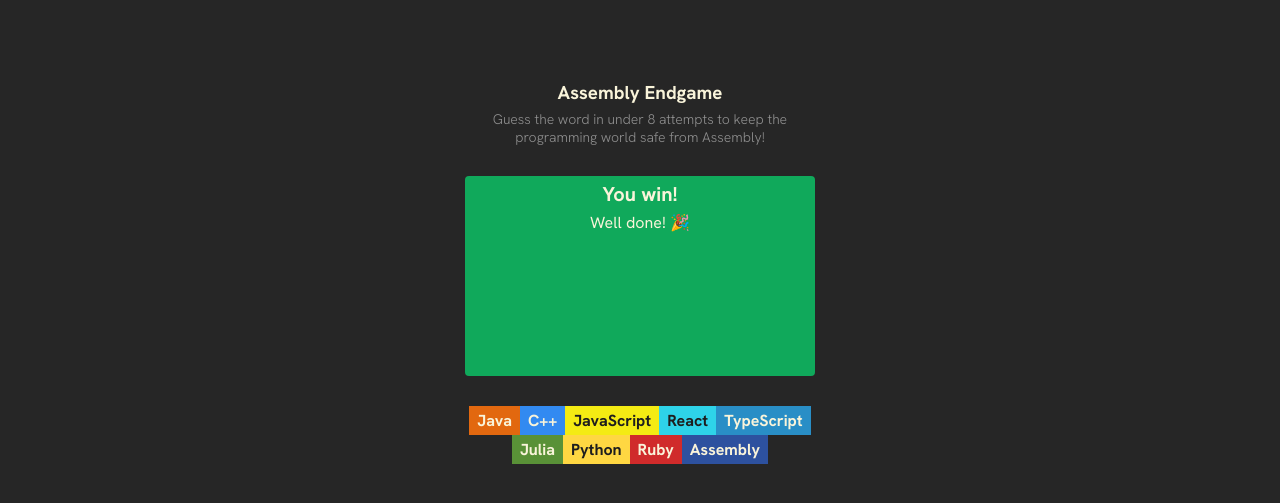
Repository: AchrafAzzaoui/AssemblyEndgame
Page: / (app in assembly-endgame/)
An editor plug-in stored every save of this project. The page is shown before and after the next save, followed by the edit.
The browser window is 1280 px wide. The pictures show the whole page.
The project was rebuilt for these pictures with package versions that can differ from the ones it lists, and the page was loaded fresh each time. Also part of the build but not shown: assembly-endgame/vite.config.js.

Above is the page before, as saved 2024-12-25 13:00:25.

### assembly-endgame/index.html
<!DOCTYPE html>
<html lang="en">
  <head>
    <meta charset="UTF-8" />
    <link rel="icon" type="image/svg+xml" href="/vite.svg" />
    <meta name="viewport" content="width=device-width, initial-scale=1.0" />
    <link
      href="https://fonts.googleapis.com/css2?family=Hanken+Grotesk:wght@300;400;500;600;700&display=swap"
      rel="stylesheet"
    />
    <title>Assembly Endgame</title>
  </head>
  <body>
    <div id="root"></div>
    <script type="module" src="/src/main.jsx"></script>
  </body>
</html>

### assembly-endgame/src/index.css
* {
  margin: 0;
  padding: 0;
  box-sizing: border-box;
}
body {
  font-family: "Hanken Grotesk", sans-serif;
  background-color: #262626;
  color: #d9d9d9;
  padding: 80px 40px;
  height: 100vh;
  display: flex;
  justify-content: center;
}

header {
  text-align: center;
}

.game-title {
  color: #f9f4da;
}
.game-description {
  margin-top: 5px;
  font-weight: 300;
  color: #8e8e8e;
  font-size: 0.875rem;
  max-width: 350px;
}

/* status */
.game-status {
  background-color: #10a95b;
  color: #f9f4da;
  display: flex;
  flex-direction: column;
  align-items: center;
  padding: 0;
  height: 200px;
  margin: 20px 0;
  border-radius: 4px;
  margin-block: 30px;
}
.game-status p {
  margin-bottom: 5px;
}
.game-status h2 {
  font-size: 1.25rem;
  margin: 5px;
}

/* language tags */
.language-tags-container {
  display: flex;
  justify-content: center;
  margin-top: 25px;
  flex-wrap: wrap;
  max-width: 350px;
}

.language-tag {
  padding: 0.25rem 0.5rem;
}

### assembly-endgame/src/App.jsx
import { useState } from "react";
import Status from "./components/Status.jsx";
import LanguageTags from "./components/LanguageTags.jsx";

export default function App() {
  return (
    <main>
      <header>
        <h3 className="game-title">Assembly Endgame</h3>
        <p className="game-description">
          Guess the word in under 8 attempts to keep the programming world safe
          from Assembly!
        </p>
      </header>
      <Status />
      <LanguageTags />
    </main>
  );
}

### assembly-endgame/src/components/Status.jsx
import { useState } from "react";

export default function Status() {
  return (
    <div className="game-status">
      <h2>You win!</h2>
      <p>Well done! 🎉</p>
    </div>
  );
}

### assembly-endgame/src/components/LanguageTags.jsx
import { useState } from "react";
import { languages } from "../data/languages.js";

export default function LanguageTags() {
  const languageTags = languages.map((language) => {
    const { name, backgroundColor, color } = language;
    return (
      <div
        className="language-tag"
        style={{ backgroundColor: backgroundColor, color: color }}
      >
        <h4>{name}</h4>
      </div>
    );
  });
  return <div className="language-tags-container">{languageTags}</div>;
}

### assembly-endgame/src/data/languages.js
export const languages = [
  {
    name: "Java",
    backgroundColor: "#E2680F",
    color: "#F9F4DA",
  },
  {
    name: "C++",
    backgroundColor: "#328AF1",
    color: "#F9F4DA",
  },
  {
    name: "JavaScript",
    backgroundColor: "#F4EB13",
    color: "#1E1E1E",
  },
  {
    name: "React",
    backgroundColor: "#2ED3E9",
    color: "#1E1E1E",
  },
  {
    name: "TypeScript",
    backgroundColor: "#298EC6",
    color: "#F9F4DA",
  },
  {
    name: "Julia",
    backgroundColor: "#599137",
    color: "#F9F4DA",
  },
  {
    name: "Python",
    backgroundColor: "#FFD742",
    color: "#1E1E1E",
  },
  {
    name: "Ruby",
    backgroundColor: "#D02B2B",
    color: "#F9F4DA",
  },
  {
    name: "Assembly",
    backgroundColor: "#2D519F",
    color: "#F9F4DA",
  },
];

Loaded but not shown: assembly-endgame/src/main.jsx (common file)

After the next save:
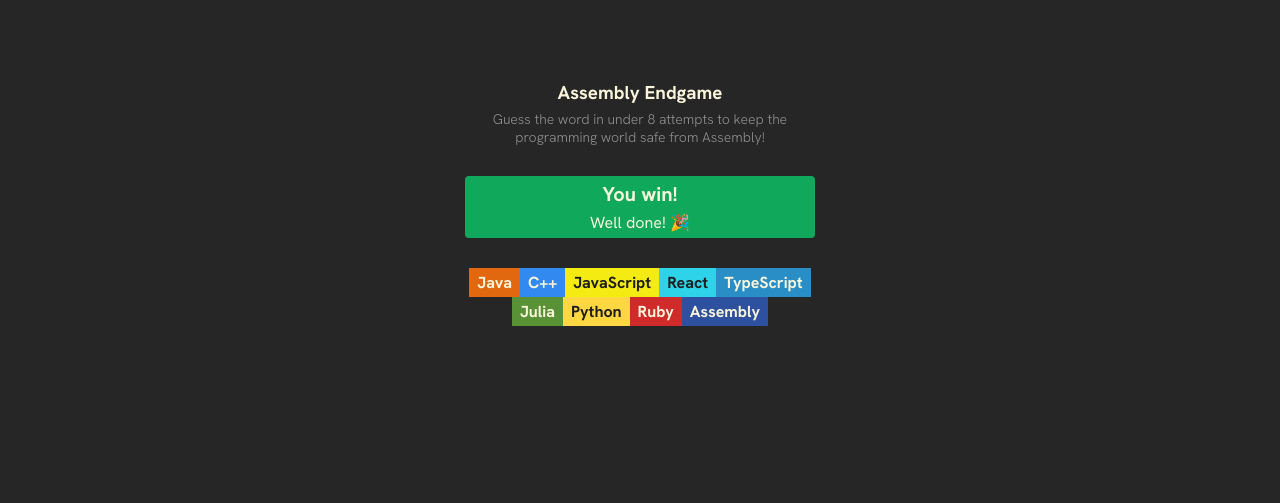
Saved 5 s later.
--- a/assembly-endgame/src/index.css
+++ b/assembly-endgame/src/index.css
@@ -35,8 +35,7 @@
   display: flex;
   flex-direction: column;
   align-items: center;
-  padding: 0;
-  height: 200px;
+  padding: 0px;
   margin: 20px 0;
   border-radius: 4px;
   margin-block: 30px;
